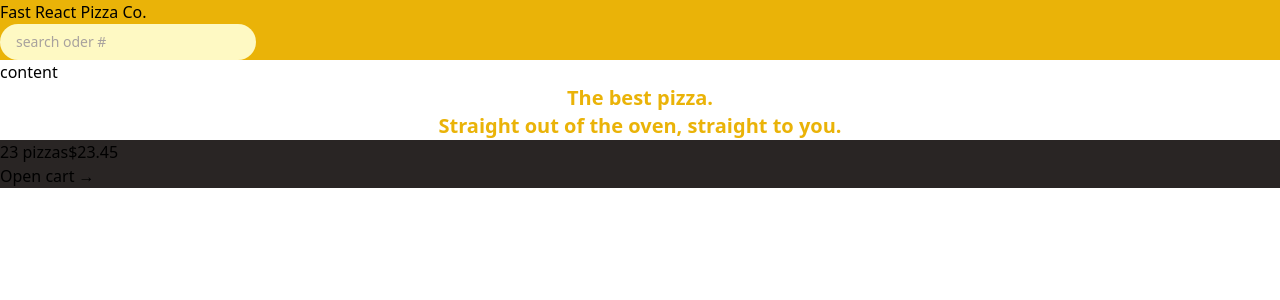
Repository: ayakhaled0001/pizza-delivery
Page: /
These files come from the project's save history. The page is drawn as it stood at one moment and after the next save; the edit follows.
The browser window is 1280 px wide. The pictures show the whole page.
The project was rebuilt for these pictures with package versions that can differ from the ones it lists, and the page was loaded fresh each time. Also part of the build but not shown: vite.config.js, src/services/apiRestaurant.jsx, src/utilities/helpers.jsx, src/features/menu/MenuItem.jsx, src/features/menu/Menu.jsx, src/features/cart/Cart.jsx, src/features/order/Order.jsx, src/ui/Loader.jsx and 1 more. Imported but missing from the stored project, and not drawn on this page: src/features/order/CreateOrder.

Above is the page before, as saved 2025-05-01 02:10:29.

### src/App.jsx
import { createBrowserRouter, RouterProvider } from "react-router-dom";
import Home from "./ui/Home";
import Menu, { loader as menuLoader } from "./features/menu/Menu";
import Cart from "./features/cart/Cart";
import CreateOrder, {
  action as CreateOrderAction,
} from "./features/order/CreateOrder";
import Order, { loader as orderLoader } from "./features/order/Order";
import AppLayout from "./ui/AppLayout";
import Error from "./ui/Error";
const router = createBrowserRouter([
  {
    element: <AppLayout />,
    children: [
      { path: "/", element: <Home /> },
      {
        path: "/menu",
        element: <Menu />,
        loader: menuLoader,
        errorElement: <Error />,
      },
      { path: "/cart", element: <Cart /> },
      {
        path: "/order/new",
        element: <CreateOrder />,
        action: CreateOrderAction,
      },
      {
        path: "/order/:orderId",
        element: <Order />,
        loader: orderLoader,
        errorElement: <Error />,
      },
    ],
  },
]);
function App() {
  return <RouterProvider router={router} />;
}

export default App;

### src/ui/Home.jsx
function Home() {
  return (
    <div>
      <h1 className="text-xl text-yellow-500 font-semibold text-center">
        The best pizza.
        <br />
        Straight out of the oven, straight to you.
      </h1>
    </div>
  );
}

export default Home;

### src/ui/AppLayout.jsx
import Header from "./Header";
import CartOverview from "../features/cart/CartOverview";
import { Outlet, useNavigation } from "react-router-dom";
import Loader from "./Loader";

function AppLayout() {
  const navigation = useNavigation();
  const isLoading = navigation.state === "loading";
  console.log(navigation.state);
  return (
    <div className="layout">
      {isLoading && <Loader />}
      <Header />
      <main>
        <p>content</p>
        <Outlet />
      </main>
      <CartOverview />
    </div>
  );
}

export default AppLayout;

### src/ui/Header.jsx
import { Link } from "react-router-dom";
import SearchOrder from "../features/order/SearchOrder.jsx";

function Header() {
  return (
    <header className="bg-yellow-500">
      <Link to="/">Fast React Pizza Co.</Link>
      <SearchOrder />
    </header>
  );
}

export default Header;

### src/features/cart/CartOverview.jsx
import { Link } from "react-router-dom";

function CartOverview() {
  return (
    <div className="bg-stone-800">
      <p>
        <span>23 pizzas</span>
        <span>$23.45</span>
      </p>
      <Link to="/cart">Open cart &rarr;</Link>
    </div>
  );
}

export default CartOverview;

### src/features/order/SearchOrder.jsx
import { useState } from "react";
import { useNavigate } from "react-router-dom";

function SearchOrder() {
  const [query, setQuery] = useState("");
  const navigate = useNavigate();
  function handleSubmit(e) {
    e.preventDefault();
    if (!query) return;
    navigate(`/order/${query}`);
    setQuery("");
  }
  return (
    <form onSubmit={handleSubmit}>
      <input
        placeholder="search oder #"
        value={query}
        onChange={(e) => setQuery(e.target.value)}
        className="duration-300 sm:w-64 focus:outline-none focus:ring
         focus:ring-yellow-500 focus:ring-opacity-50  sm:focus:w-72 transition-all w-28
         bg-yellow-100 rounded-full px-4 py-2 text-sm placeholder:text-stone-400"
      />
    </form>
  );
}

export default SearchOrder;

Loaded but not shown: index.html (common file); src/main.jsx (common file); src/index.css (common file); tailwind.config.js (common file)

After the next save:
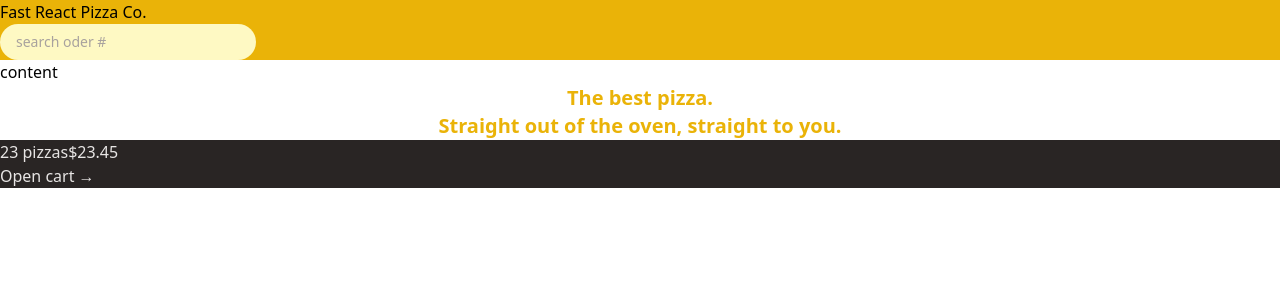
Saved 20 s later.
--- a/src/features/cart/CartOverview.jsx
+++ b/src/features/cart/CartOverview.jsx
@@ -2,7 +2,7 @@ import { Link } from "react-router-dom";
 
 function CartOverview() {
   return (
-    <div className="bg-stone-800">
+    <div className="bg-stone-800 text-stone-200">
       <p>
         <span>23 pizzas</span>
         <span>$23.45</span>
